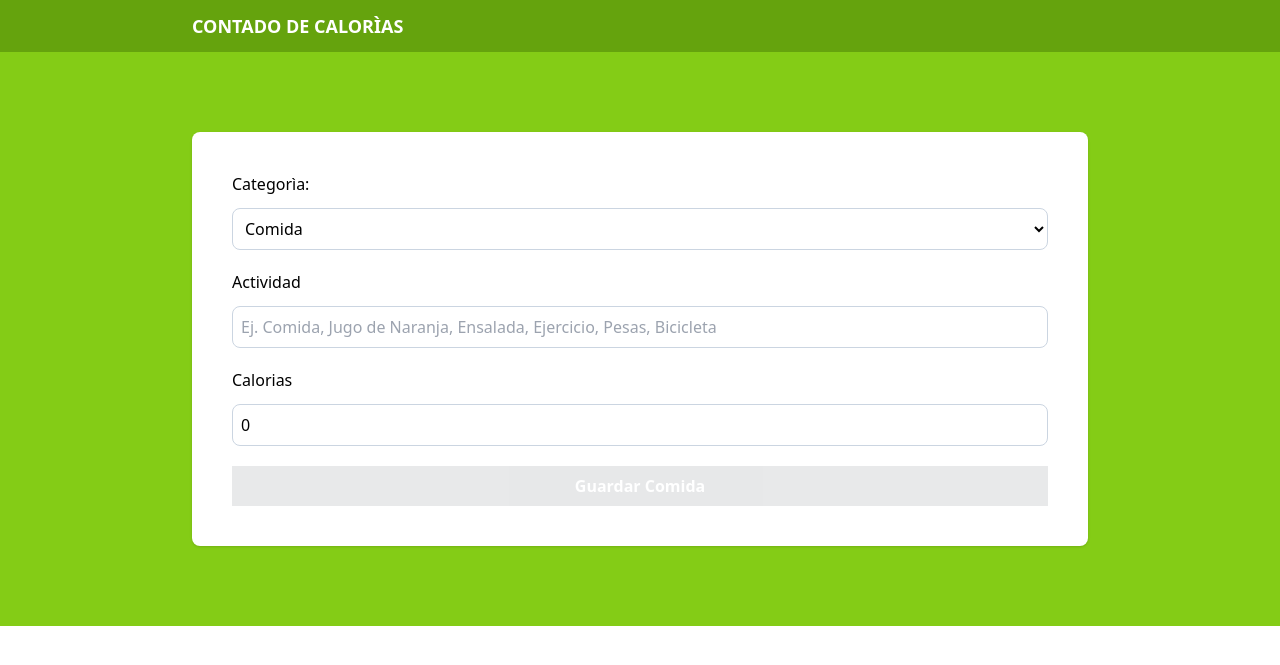
Repository: Matiiu/calorie-tracker
Page: /
These files come from the project's save history. The page is drawn as it stood at one moment and after the next save; the edit follows.
The browser window is 1280 px wide. The pictures show the whole page.
The project was rebuilt for these pictures with package versions that can differ from the ones it lists, and the page was loaded fresh each time. Also part of the build but not shown: vite.config.ts.

Above is the page before, as saved 2024-04-01 11:34:31.

### index.html
<!doctype html>
<html lang="en">
  <head>
    <meta charset="UTF-8" />
    <link rel="icon" type="image/svg+xml" href="/vite.svg" />
    <meta name="viewport" content="width=device-width, initial-scale=1.0" />
    <title>Contador de Calorías - React</title>
  </head>
  <body>
    <div id="root"></div>
    <script type="module" src="/src/main.tsx"></script>
  </body>
</html>

### src/App.tsx
import Header from "./components/Header";
import Form from "./components/Form";
export default function App() {
  return (
    <>
      <Header />

      <section className="bg-lime-500 py-20 px-5">
        <div className="max-w-4xl mx-auto">
          <Form />
        </div>
      </section>
    </>
  );
}

### src/components/Header.tsx
export default function Header() {
  return (
    <header className="bg-lime-600 py-3">
      <div className="max-w-4xl mx-auto flex justify-between">
        <h1 className="text-center text-lg font-bold text-white uppercase">
          Contado de Calorìas
        </h1>
      </div>
    </header>
  );
}

### src/components/Form.tsx
import { useState, ChangeEvent } from "react";
import { categories } from "../data/categories";
import type { Activity } from "../types";

export default function Form() {
  const [activity, setActivity] = useState<Activity>({
    category: 1,
    activityName: "",
    calories: 0,
  });

  const handleChange = (
    e: ChangeEvent<HTMLInputElement | HTMLSelectElement>
  ) => {
    // Validamos si es un campo numérico
    const isNumberFiled = ["category", "calories"].includes(e.target.id);
    // Si lo es convertimos el dato a numérico
    setActivity({
      ...activity,
      [e.target.id]: isNumberFiled ? +e.target.value : e.target.value,
    });
  };

  const isValidateActivity = () => {
    const { activityName, calories } = activity;
    // Validamos que el campo actividad y calorías estén diligenciados
    return !!(activityName || "").trim() && calories > 0;
  };

  const nameSubmit = () => {
    // Convertimos las catorias en un objeto donde el id en la llave y el nobre el valor
    const categoriesObject = categories.reduce(
      (accumulator: Record<number, string>, current) => {
        accumulator[current.id] = current.name;
        return accumulator;
      },
      {}
    );
    // Accedemos a la posición llave de nuestro objeto categoriesObject con el valor de activity.category y retornamos el valor
    return categoriesObject[activity.category];
  };

  return (
    <form className="space-y-5 bg-white shadow p-10 rounded-lg">
      <div className="grid grid-cols-1 gap-3">
        <label htmlFor="category">Categorìa:</label>
        <select
          name="category"
          id="category"
          className="border border-slate-300 p-2 rounded-lg w-full bg-white"
          value={activity.category}
          onChange={handleChange}
        >
          {categories.map((category) => (
            <option key={category.id} value={category.id}>
              {category.name}
            </option>
          ))}
        </select>
      </div>

      <div className="grid grid-cols-1 gap-3">
        <label htmlFor="activityName">Actividad</label>
        <input
          id="activityName"
          name="activityName"
          type="text"
          className="border border-slate-300 p-2 rounded-lg"
          placeholder="Ej. Comida, Jugo de Naranja, Ensalada, Ejercicio, Pesas, Bicicleta"
          value={activity.activityName}
          onChange={handleChange}
        />
      </div>

      <div className="grid grid-cols-1 gap-3">
        <label htmlFor="calories">Calorias</label>
        <input
          id="calories"
          name="calories"
          type="number"
          className="border border-slate-300 p-2 rounded-lg"
          placeholder="Ej. 300 o 500"
          min={0}
          value={activity.calories}
          onChange={handleChange}
        />
      </div>

      <input
        type="submit"
        className="bg-gray-800 hover:bg-gray-900 w-full p-2 font-bold text-white cursor-pointer disabled:opacity-10 disabled:cursor-auto"
        value={`Guardar ${nameSubmit()}`}
        disabled={!isValidateActivity()}
      />
    </form>
  );
}

### src/data/categories.ts
import { Category } from "../types";

export const categories: Category[] = [
  { id: 1, name: "Comida" },
  { id: 2, name: "Ejercicio" },
];

Loaded but not shown: src/main.tsx (common file); src/index.css (common file); tailwind.config.js (common file)

After the next save:
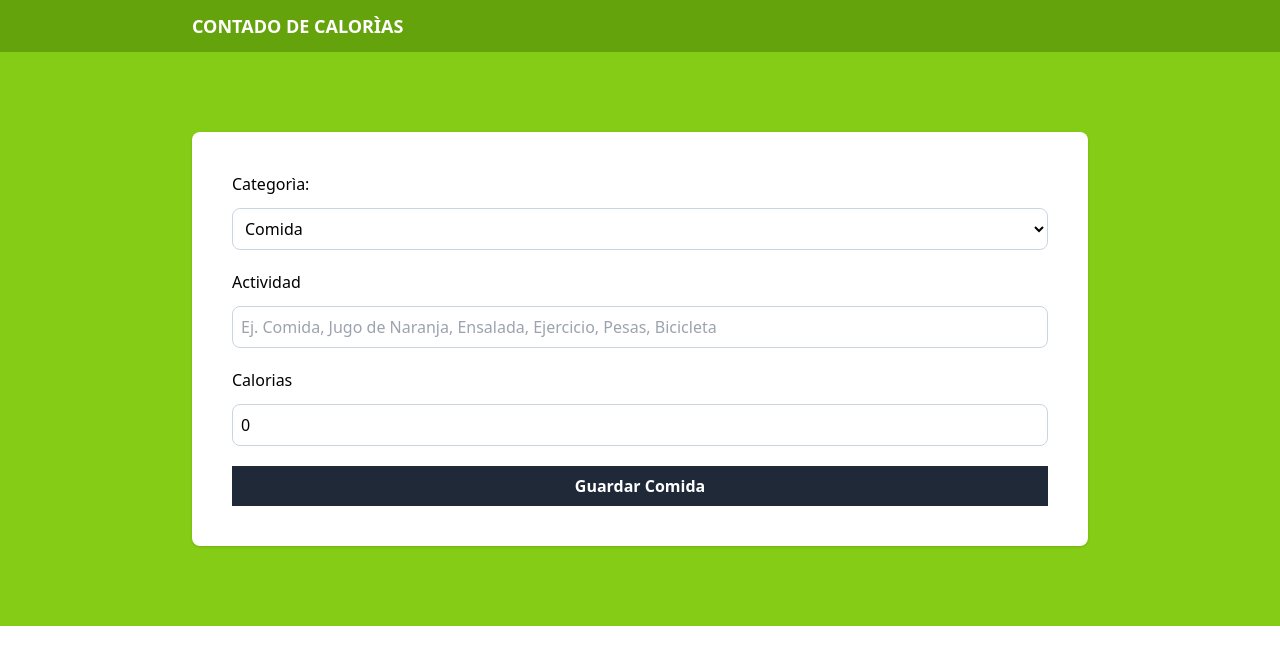
Saved 84 s later.
--- a/src/components/Form.tsx
+++ b/src/components/Form.tsx
@@ -88,7 +88,7 @@
 
       <input
         type="submit"
-        className="bg-gray-800 hover:bg-gray-900 w-full p-2 font-bold text-white cursor-pointer disabled:opacity-10 disabled:cursor-auto"
+        className="bg-gray-800 hover:bg-gray-900 w-full p-2 font-bold text-white cursor-pointer disabled:opacity-8 disabled:cursor-auto"
         value={`Guardar ${nameSubmit()}`}
         disabled={!isValidateActivity()}
       />

After the 2 saves that followed:
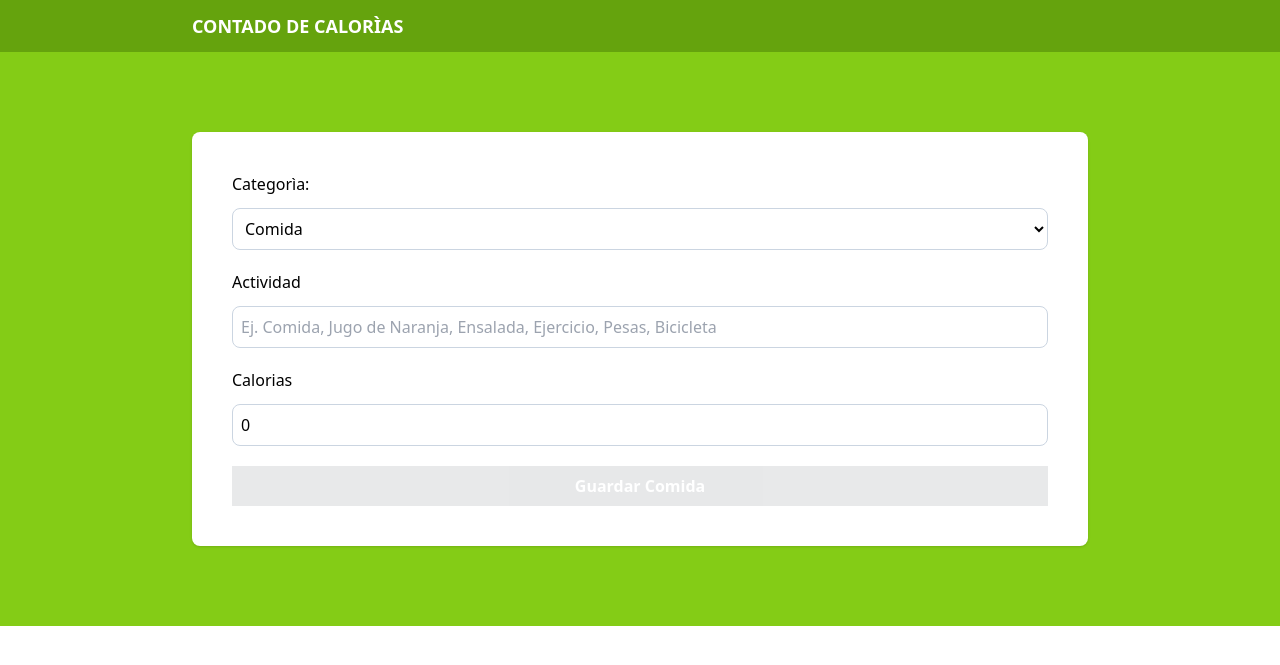
The 2 saves are shown as one change because they came seconds apart.
The last was saved 14 s later.
--- a/src/components/Form.tsx
+++ b/src/components/Form.tsx
@@ -88,7 +88,7 @@
 
       <input
         type="submit"
-        className="bg-gray-800 hover:bg-gray-900 w-full p-2 font-bold text-white cursor-pointer disabled:opacity-8 disabled:cursor-auto"
+        className="bg-gray-800 hover:bg-gray-900 w-full p-2 font-bold text-white cursor-pointer disabled:opacity-10 disabled:cursor-auto"
         value={`Guardar ${nameSubmit()}`}
         disabled={!isValidateActivity()}
       />
